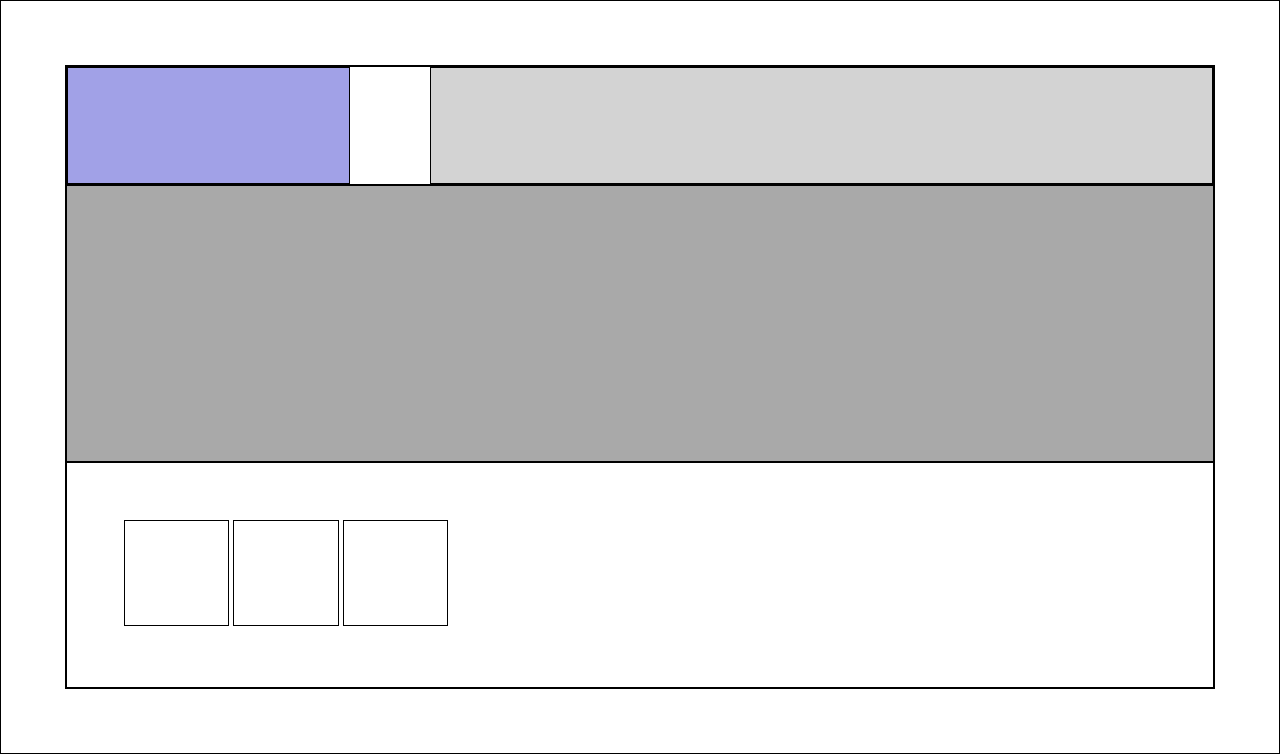
Repository: punitbathija/Placement-Assitance-iNeuron
Page: responsive-web-design.html
The author's editor kept a copy of each file at every save. The page is drawn from the files as they stood at one save, then again after the next save.
The browser window is 1280 px wide. The pictures show the whole page.

Above is the page before, as saved 2023-05-23 13:24:31.

### responsive-web-design.html
<!DOCTYPE html>
<html lang="en">
  <head>
    <meta charset="UTF-8" />
    <meta http-equiv="X-UA-Compatible" content="IE=edge" />
    <meta name="viewport" content="width=device-width, initial-scale=1.0" />
    <title>Document</title>
  </head>
  <link rel="stylesheet" href="responsive-web-design.css" />
  <body>
    <main class="main">
      <nav class="nav">
        <div class="left"></div>
        <div class="right"></div>
      </nav>
      <section class="hero"></section>
      <section class="slidebar">
        <img class="image" />
        <img class="image" />
        <img class="image" />
      </section>
    </main>
  </body>
</html>

### responsive-web-design.css
body{
    padding: 0;
    margin: 0;
    border: 0;
}
*{
    padding: 5%;
    border: 1px solid black;
}

.main{
    padding: 0;
}

.nav{
    padding: 0%;
    display: flex;
    gap: 5em;
    padding: 0;
}

.left{
    flex: 1;
    background-color: rgb(161, 161, 231);
}

.right{
    flex: 4;
    background-color: lightgray;
}

.hero{
    padding: 12%;
    background-color: darkgray;
}

After the next save:
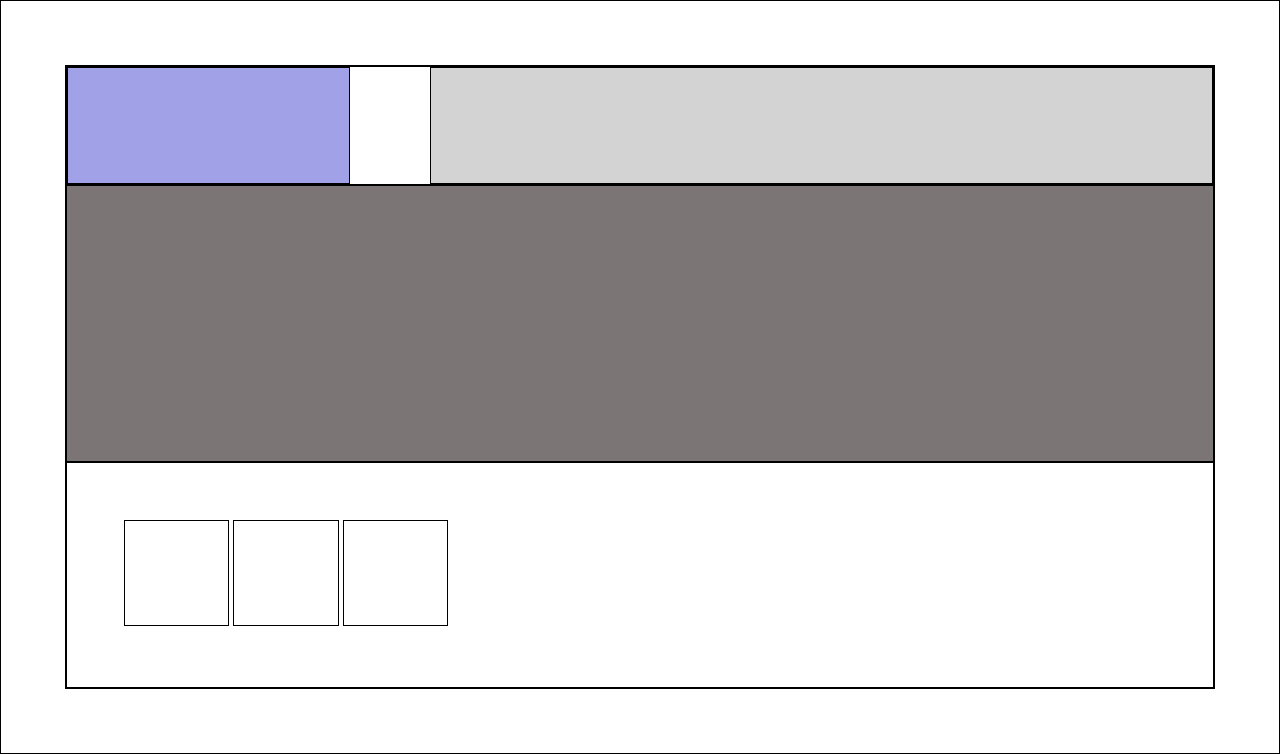
Saved 12 s later.
--- a/responsive-web-design.css
+++ b/responsive-web-design.css
@@ -31,5 +31,5 @@ body{
 
 .hero{
     padding: 12%;
-    background-color: darkgray;
+    background-color: rgb(123, 117, 117);
 }
